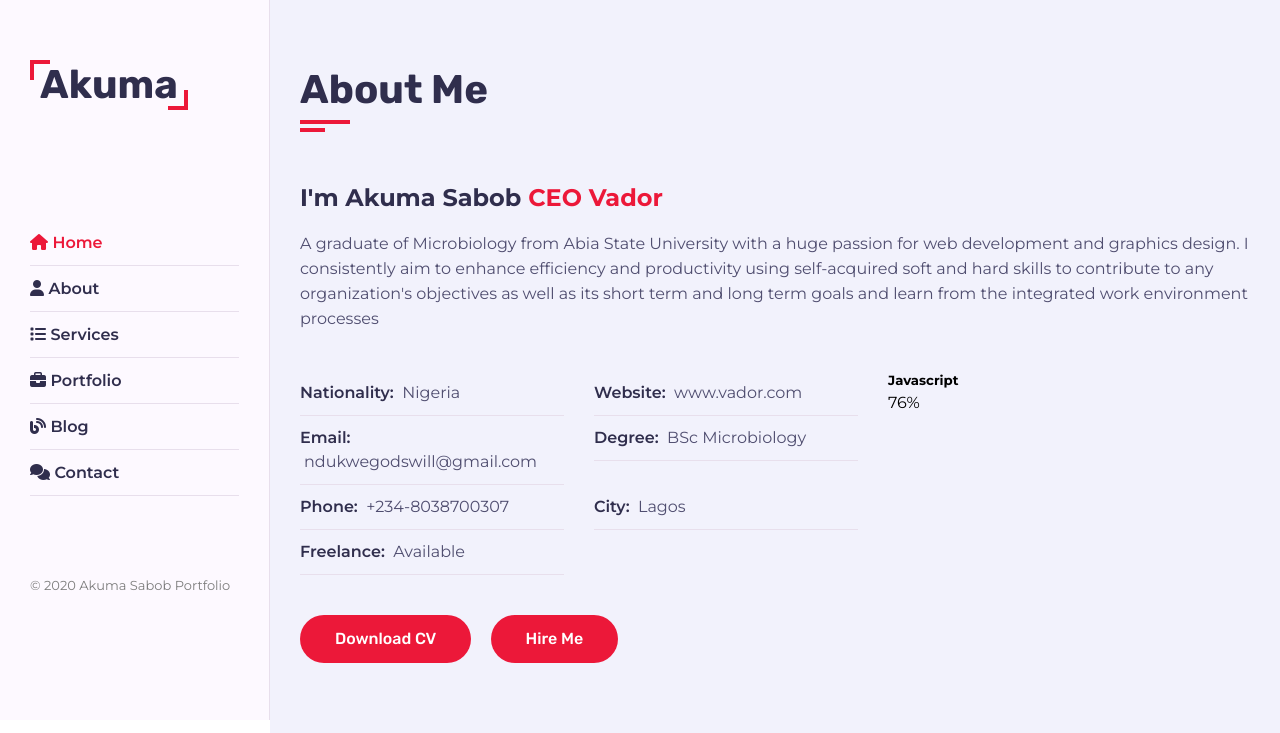
Repository: Akuma001/MY-Portfolio
Page: index.html
These files come from the project's save history. The page is drawn as it stood at one moment and after the next save; the edit follows.
The browser window is 1280 px wide. The pictures show the whole page.
Some web libraries are served in a nearby version.

Above is the page before, as saved 2020-12-13 20:36:48.

After the next save:
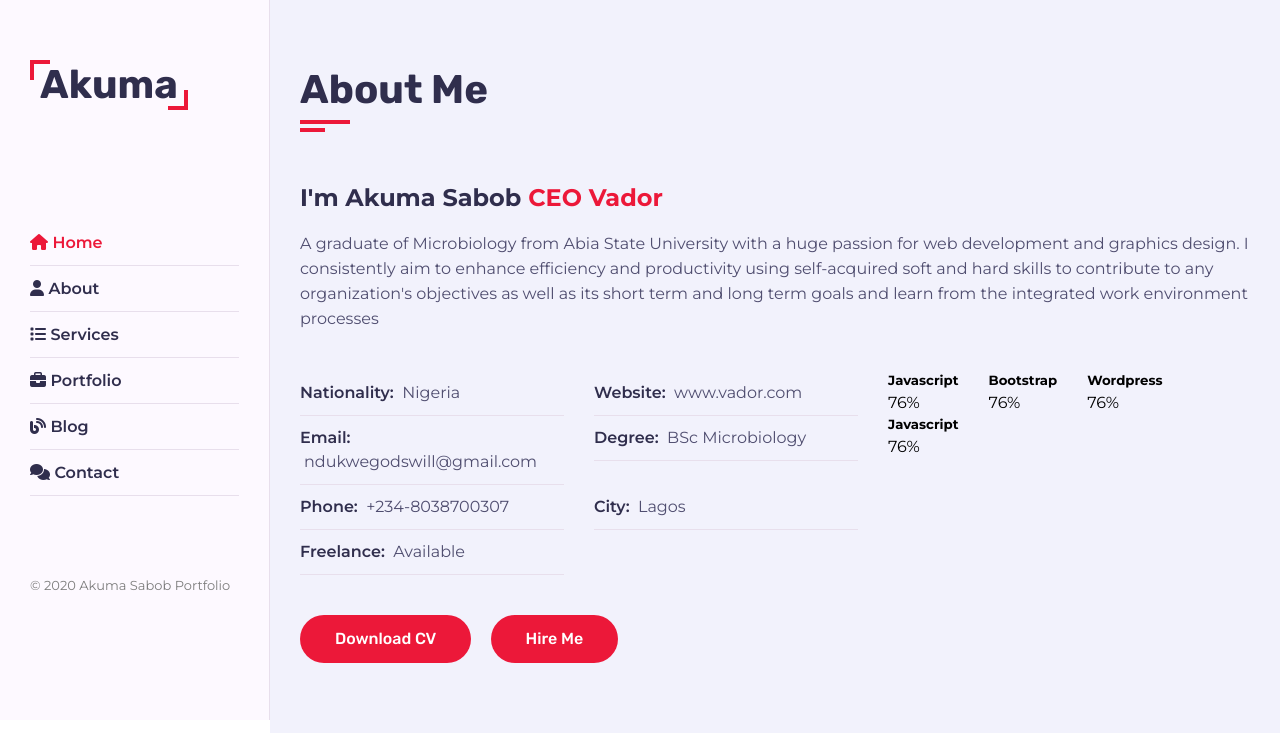
Saved 2 min 30 s later.
--- a/index.html
+++ b/index.html
@@ -125,6 +125,27 @@
                         <div class="skill-percent">76%</div>
                       </div>
                     </div>
+                    <div class="skill-item padd-15">
+                      <h5>Bootstrap</h5>
+                      <div class="progress">
+                        <div class="progress-in" style="width: 76%;"></div>
+                        <div class="skill-percent">76%</div>
+                      </div>
+                    </div>
+                    <div class="skill-item padd-15">
+                      <h5>Wordpress</h5>
+                      <div class="progress">
+                        <div class="progress-in" style="width: 76%;"></div>
+                        <div class="skill-percent">76%</div>
+                      </div>
+                    </div>
+                    <div class="skill-item padd-15">
+                      <h5>Javascript</h5>
+                      <div class="progress">
+                        <div class="progress-in" style="width: 76%;"></div>
+                        <div class="skill-percent">76%</div>
+                      </div>
+                    </div>
                   </div>
                 </div>
               </div>
